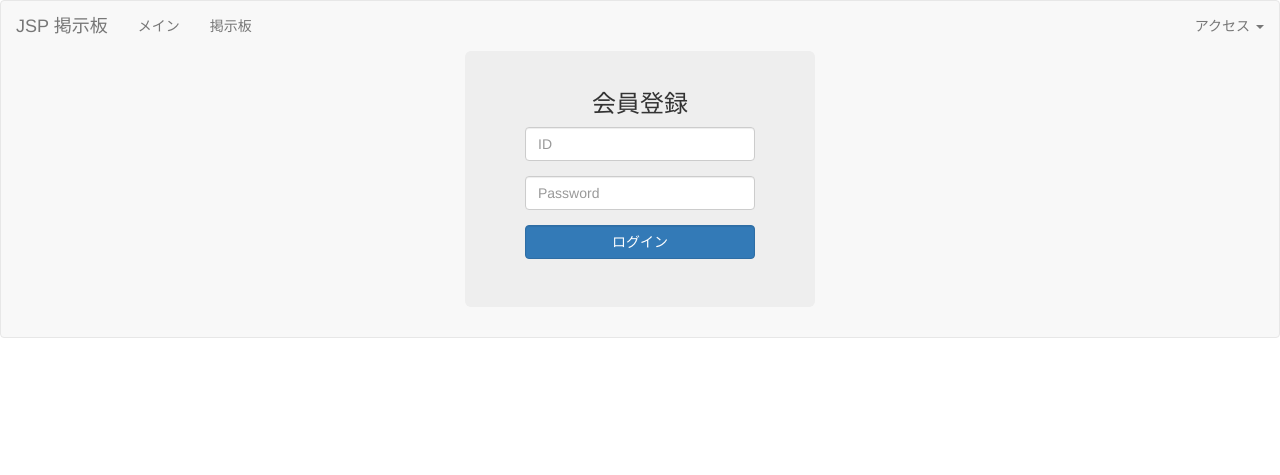
Repository: dengpu/JSP
Page: http://localhost/BBS/join.jsp
An editor plug-in stored every save of this project. The page is shown before and after the next save, followed by the edit.
The browser window is 1280 px wide. The pictures show the whole page.
Some web libraries are served in a nearby version. The page is served by Tomcat 9.

Above is the page before, as saved 2017-05-15 05:03:08.

After the next save:
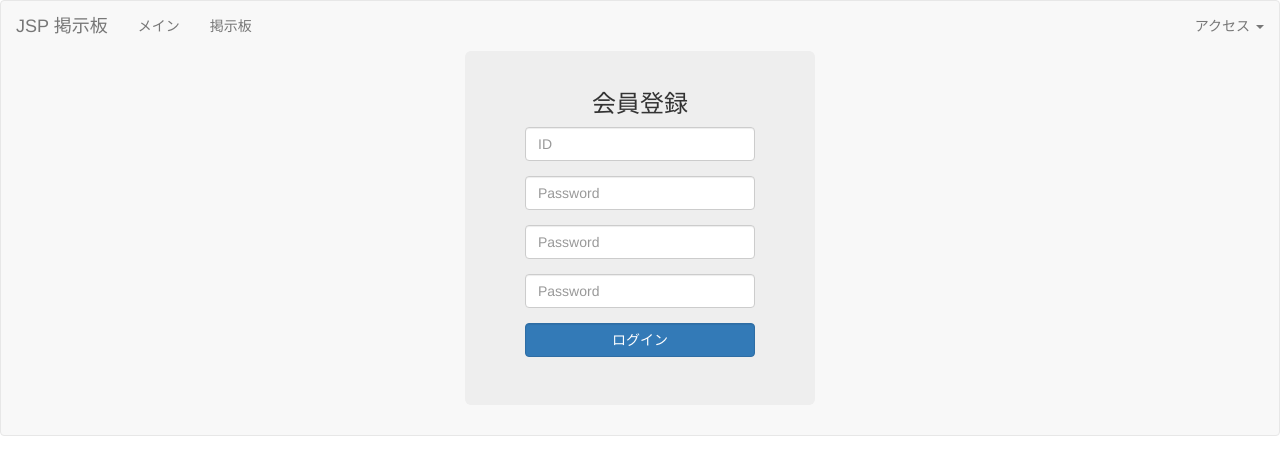
Saved 65 s later.
--- a/BBS/WebContent/join.jsp
+++ b/BBS/WebContent/join.jsp
@@ -52,6 +52,12 @@
 				<div class="form-group">
 				<input type="password" class="form-control" placeholder="Password" name="userPassword" maxlength="20">
 				</div>
+				<div class="form-group">
+				<input type="password" class="form-control" placeholder="Password" name="userName" maxlength="20">
+				</div>
+				<div class="form-group">
+				<input type="password" class="form-control" placeholder="Password" name="userEmail" maxlength="20">
+				</div>
 				<input type="submit" class="btn btn-primary form-control" value="ログイン">
 
 			</form>
